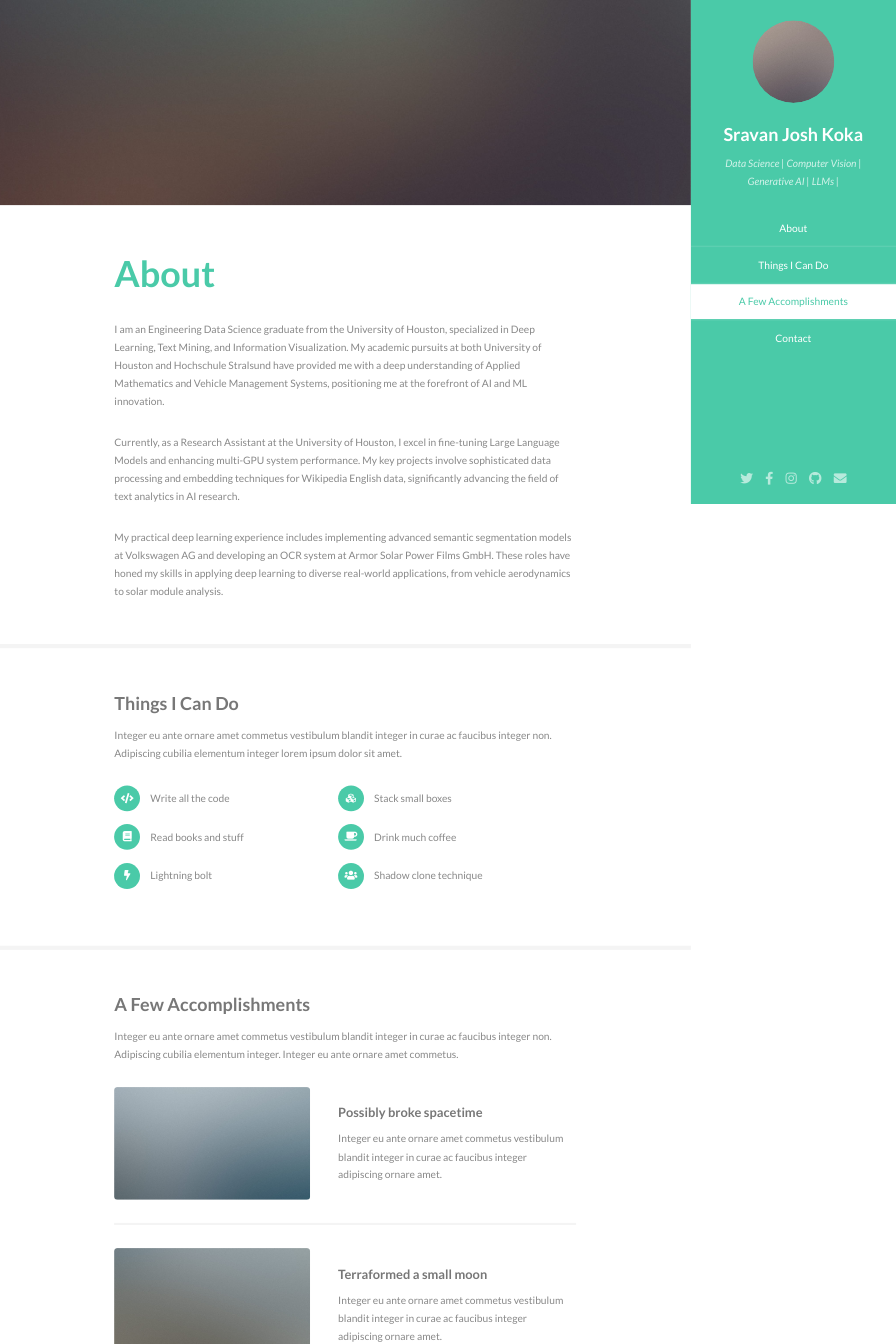
Repository: sravanjosh07/my_portfolio
Page: index.html
The author's editor kept a copy of each file at every save. The page is drawn from the files as they stood at one save, then again after the next save.
The browser window is 1280 px wide. The pictures show the part of the page from y = 0 to 1920 px (the page is 3005 px tall), at 70% of full size.

Above is the page before, as saved 2023-12-26 13:46:50.

### index.html
<!DOCTYPE HTML>
<!--
	Read Only by HTML5 UP
	html5up.net | @ajlkn
	Free for personal and commercial use under the CCA 3.0 license (html5up.net/license)
-->
<html>
	<head>
		<title>Sravan Josh Koka</title>
		<meta charset="utf-8" />
		<meta name="viewport" content="width=device-width, initial-scale=1, user-scalable=no" />
		<link rel="stylesheet" href="assets/css/main.css" />
	</head>
	<body class="is-preload">

		<!-- Header -->
			<section id="header">
				<header>
					<span class="image avatar"><img src="images/avatar.jpg" alt="" /></span>
					<h1 id="logo"><a href="#">Sravan Josh Koka</a></h1>
					<p>Data Science | Computer Vision |<br />
					Generative AI | LLMs | </p>
				</header>
				<nav id="nav">
					<ul>
						<li><a href="#one" class="active">About</a></li>
						<li><a href="#two">Things I Can Do</a></li>
						<li><a href="#three">A Few Accomplishments</a></li>
						<li><a href="#four">Contact</a></li>
					</ul>
				</nav>
				<footer>
					<ul class="icons">
						<li><a href="#" class="icon brands fa-twitter"><span class="label">Twitter</span></a></li>
						<li><a href="#" class="icon brands fa-facebook-f"><span class="label">Facebook</span></a></li>
						<li><a href="#" class="icon brands fa-instagram"><span class="label">Instagram</span></a></li>
						<li><a href="#" class="icon brands fa-github"><span class="label">Github</span></a></li>
						<li><a href="#" class="icon solid fa-envelope"><span class="label">Email</span></a></li>
					</ul>
				</footer>
			</section>

		<!-- Wrapper -->
			<div id="wrapper">

				<!-- Main -->
					<div id="main">

						<!-- One -->
							<section id="one">
								<div class="image main" data-position="center">
									<img src="images/banner.jpg" alt="" />
								</div>
								<div class="container">
									<header class="major">
										<h2>About </h2>
										<!-- <p>Just an incredibly simple responsive site<br />
										template freebie by <a href="http://html5up.net">HTML5 UP</a>.</p> -->
									</header>
									<p>
										I am an Engineering Data Science graduate from the University of Houston, specialized in Deep Learning, Text Mining, and Information Visualization.
										My academic pursuits at both University of Houston and Hochschule Stralsund have provided me with a deep understanding of Applied Mathematics and Vehicle Management Systems, positioning me at the forefront of AI and ML innovation.
									</p>

									<p>
										Currently, as a Research Assistant at the University of Houston, I excel in fine-tuning Large Language Models and enhancing multi-GPU system performance.
										My key projects involve sophisticated data processing and embedding techniques for Wikipedia English data, significantly advancing the field of text analytics in AI research.
									</p>

									<p>
										My practical deep learning experience includes implementing advanced semantic segmentation models at Volkswagen AG and developing an OCR system at Armor Solar Power Films GmbH.
										These roles have honed my skills in applying deep learning to diverse real-world applications, from vehicle aerodynamics to solar module analysis.
									</p>

								</div>
							</section>

						<!-- Two -->
							<section id="two">
								<div class="container">
									<h3>Things I Can Do</h3>
									<p>Integer eu ante ornare amet commetus vestibulum blandit integer in curae ac faucibus integer non. Adipiscing cubilia elementum integer lorem ipsum dolor sit amet.</p>
									<ul class="feature-icons">
										<li class="icon solid fa-code">Write all the code</li>
										<li class="icon solid fa-cubes">Stack small boxes</li>
										<li class="icon solid fa-book">Read books and stuff</li>
										<li class="icon solid fa-coffee">Drink much coffee</li>
										<li class="icon solid fa-bolt">Lightning bolt</li>
										<li class="icon solid fa-users">Shadow clone technique</li>
									</ul>
								</div>
							</section>

						<!-- Three -->
							<section id="three">
								<div class="container">
									<h3>A Few Accomplishments</h3>
									<p>Integer eu ante ornare amet commetus vestibulum blandit integer in curae ac faucibus integer non. Adipiscing cubilia elementum integer. Integer eu ante ornare amet commetus.</p>
									<div class="features">
										<article>
											<a href="#" class="image"><img src="images/pic01.jpg" alt="" /></a>
											<div class="inner">
												<h4>Possibly broke spacetime</h4>
												<p>Integer eu ante ornare amet commetus vestibulum blandit integer in curae ac faucibus integer adipiscing ornare amet.</p>
											</div>
										</article>
										<article>
											<a href="#" class="image"><img src="images/pic02.jpg" alt="" /></a>
											<div class="inner">
												<h4>Terraformed a small moon</h4>
												<p>Integer eu ante ornare amet commetus vestibulum blandit integer in curae ac faucibus integer adipiscing ornare amet.</p>
											</div>
										</article>
										<article>
											<a href="#" class="image"><img src="images/pic03.jpg" alt="" /></a>
											<div class="inner">
												<h4>Snapped dark matter in the wild</h4>
												<p>Integer eu ante ornare amet commetus vestibulum blandit integer in curae ac faucibus integer adipiscing ornare amet.</p>
											</div>
										</article>
									</div>
								</div>
							</section>

						<!-- Four -->
							<section id="four">
								<div class="container">
									<h3>Contact Me</h3>
									<p>Integer eu ante ornare amet commetus vestibulum blandit integer in curae ac faucibus integer non. Adipiscing cubilia elementum integer. Integer eu ante ornare amet commetus.</p>
									<form method="post" action="#">
										<div class="row gtr-uniform">
											<div class="col-6 col-12-xsmall"><input type="text" name="name" id="name" placeholder="Name" /></div>
											<div class="col-6 col-12-xsmall"><input type="email" name="email" id="email" placeholder="Email" /></div>
											<div class="col-12"><input type="text" name="subject" id="subject" placeholder="Subject" /></div>
											<div class="col-12"><textarea name="message" id="message" placeholder="Message" rows="6"></textarea></div>
											<div class="col-12">
												<ul class="actions">
													<li><input type="submit" class="primary" value="Send Message" /></li>
													<li><input type="reset" value="Reset Form" /></li>
												</ul>
											</div>
										</div>
									</form>
								</div>
							</section>

						<!-- Five -->
						<!--
							<section id="five">
								<div class="container">
									<h3>Elements</h3>

									<section>
										<h4>Text</h4>
										<p>This is <b>bold</b> and this is <strong>strong</strong>. This is <i>italic</i> and this is <em>emphasized</em>.
										This is <sup>superscript</sup> text and this is <sub>subscript</sub> text.
										This is <u>underlined</u> and this is code: <code>for (;;) { ... }</code>. Finally, <a href="#">this is a link</a>.</p>
										<hr />
										<header>
											<h4>Heading with a Subtitle</h4>
											<p>Lorem ipsum dolor sit amet nullam id egestas urna aliquam</p>
										</header>
										<p>Nunc lacinia ante nunc ac lobortis. Interdum adipiscing gravida odio porttitor sem non mi integer non faucibus ornare mi ut ante amet placerat aliquet. Volutpat eu sed ante lacinia sapien lorem accumsan varius montes viverra nibh in adipiscing blandit tempus accumsan.</p>
										<header>
											<h5>Heading with a Subtitle</h5>
											<p>Lorem ipsum dolor sit amet nullam id egestas urna aliquam</p>
										</header>
										<p>Nunc lacinia ante nunc ac lobortis. Interdum adipiscing gravida odio porttitor sem non mi integer non faucibus ornare mi ut ante amet placerat aliquet. Volutpat eu sed ante lacinia sapien lorem accumsan varius montes viverra nibh in adipiscing blandit tempus accumsan.</p>
										<hr />
										<h2>Heading Level 2</h2>
										<h3>Heading Level 3</h3>
										<h4>Heading Level 4</h4>
										<h5>Heading Level 5</h5>
										<h6>Heading Level 6</h6>
										<hr />
										<h5>Blockquote</h5>
										<blockquote>Fringilla nisl. Donec accumsan interdum nisi, quis tincidunt felis sagittis eget tempus euismod. Vestibulum ante ipsum primis in faucibus vestibulum. Blandit adipiscing eu felis iaculis volutpat ac adipiscing accumsan faucibus. Vestibulum ante ipsum primis in faucibus lorem ipsum dolor sit amet nullam adipiscing eu felis.</blockquote>
										<h5>Preformatted</h5>
										<pre><code>i = 0;

while (!deck.isInOrder()) {
    print 'Iteration ' + i;
    deck.shuffle();
    i++;
}

print 'It took ' + i + ' iterations to sort the deck.';</code></pre>
									</section>

									<section>
										<h4>Lists</h4>
										<div class="row">
											<div class="col-6 col-12-xsmall">
												<h5>Unordered</h5>
												<ul>
													<li>Dolor pulvinar etiam magna etiam.</li>
													<li>Sagittis adipiscing lorem eleifend.</li>
													<li>Felis enim feugiat dolore viverra.</li>
												</ul>
												<h5>Alternate</h5>
												<ul class="alt">
													<li>Dolor pulvinar etiam magna etiam.</li>
													<li>Sagittis adipiscing lorem eleifend.</li>
													<li>Felis enim feugiat dolore viverra.</li>
												</ul>
											</div>
											<div class="col-6 col-12-xsmall">
												<h5>Ordered</h5>
												<ol>
													<li>Dolor pulvinar etiam magna etiam.</li>
													<li>Etiam vel felis at lorem sed viverra.</li>
													<li>Felis enim feugiat dolore viverra.</li>
													<li>Dolor pulvinar etiam magna etiam.</li>
													<li>Etiam vel felis at lorem sed viverra.</li>
													<li>Felis enim feugiat dolore viverra.</li>
												</ol>
												<h5>Icons</h5>
												<ul class="icons">
													<li><a href="#" class="icon brands fa-twitter"><span class="label">Twitter</span></a></li>
													<li><a href="#" class="icon brands fa-facebook-f"><span class="label">Facebook</span></a></li>
													<li><a href="#" class="icon brands fa-instagram"><span class="label">Instagram</span></a></li>
													<li><a href="#" class="icon brands fa-github"><span class="label">Github</span></a></li>
													<li><a href="#" class="icon brands fa-dribbble"><span class="label">Dribbble</span></a></li>
													<li><a href="#" class="icon brands fa-tumblr"><span class="label">Tumblr</span></a></li>
												</ul>
											</div>
										</div>
										<h5>Actions</h5>
										<ul class="actions">
											<li><a href="#" class="button primary">Default</a></li>
											<li><a href="#" class="button">Default</a></li>
											<li><a href="#" class="button alt">Default</a></li>
										</ul>
										<ul class="actions small">
											<li><a href="#" class="button primary small">Small</a></li>
											<li><a href="#" class="button small">Small</a></li>
											<li><a href="#" class="button alt small">Small</a></li>
										</ul>
										<div class="row">
											<div class="col-3 col-6-medium col-12-xsmall">
												<ul class="actions stacked">
													<li><a href="#" class="button primary">Default</a></li>
													<li><a href="#" class="button">Default</a></li>
													<li><a href="#" class="button alt">Default</a></li>
												</ul>
											</div>
											<div class="col-3 col-6 col-12-xsmall">
												<ul class="actions stacked">
													<li><a href="#" class="button primary small">Small</a></li>
													<li><a href="#" class="button small">Small</a></li>
													<li><a href="#" class="button alt small">Small</a></li>
												</ul>
											</div>
											<div class="col-3 col-6-medium col-12-xsmall">
												<ul class="actions stacked">
													<li><a href="#" class="button primary fit">Default</a></li>
													<li><a href="#" class="button fit">Default</a></li>
													<li><a href="#" class="button alt fit">Default</a></li>
												</ul>
											</div>
											<div class="col-3 col-6-medium col-12-xsmall">
												<ul class="actions stacked">
													<li><a href="#" class="button primary small fit">Small</a></li>
													<li><a href="#" class="button small fit">Small</a></li>
													<li><a href="#" class="button alt small fit">Small</a></li>
												</ul>
											</div>
										</div>
									</section>

									<section>
										<h4>Table</h4>
										<h5>Default</h5>
										<div class="table-wrapper">
											<table>
												<thead>
													<tr>
														<th>Name</th>
														<th>Description</th>
														<th>Price</th>
													</tr>
												</thead>
												<tbody>
													<tr>
														<td>Item One</td>
														<td>Ante turpis integer aliquet porttitor.</td>
														<td>29.99</td>
													</tr>
													<tr>
														<td>Item Two</td>
														<td>Vis ac commodo adipiscing arcu aliquet.</td>
														<td>19.99</td>
													</tr>
													<tr>
														<td>Item Three</td>
														<td> Morbi faucibus arcu accumsan lorem.</td>
														<td>29.99</td>
													</tr>
													<tr>
														<td>Item Four</td>
														<td>Vitae integer tempus condimentum.</td>
														<td>19.99</td>
													</tr>
													<tr>
														<td>Item Five</td>
														<td>Ante turpis integer aliquet porttitor.</td>
														<td>29.99</td>
													</tr>
												</tbody>
												<tfoot>
													<tr>
														<td colspan="2"></td>
														<td>100.00</td>
													</tr>
												</tfoot>
											</table>
										</div>

										<h5>Alternate</h5>
										<div class="table-wrapper">
											<table class="alt">
												<thead>
													<tr>
														<th>Name</th>
														<th>Description</th>
														<th>Price</th>
													</tr>
												</thead>
												<tbody>
													<tr>
														<td>Item One</td>
														<td>Ante turpis integer aliquet porttitor.</td>
														<td>29.99</td>
													</tr>
													<tr>
														<td>Item Two</td>
														<td>Vis ac commodo adipiscing arcu aliquet.</td>
														<td>19.99</td>
													</tr>
													<tr>
														<td>Item Three</td>
														<td> Morbi faucibus arcu accumsan lorem.</td>
														<td>29.99</td>
													</tr>
													<tr>
														<td>Item Four</td>
														<td>Vitae integer tempus condimentum.</td>
														<td>19.99</td>
													</tr>
													<tr>
														<td>Item Five</td>
														<td>Ante turpis integer aliquet porttitor.</td>
														<td>29.99</td>
													</tr>
												</tbody>
												<tfoot>
													<tr>
														<td colspan="2"></td>
														<td>100.00</td>
													</tr>
												</tfoot>
											</table>
										</div>
									</section>

									<section>
										<h4>Buttons</h4>
										<ul class="actions">
											<li><a href="#" class="button primary">Primary</a></li>
											<li><a href="#" class="button">Default</a></li>
											<li><a href="#" class="button alt">Alternate</a></li>
										</ul>
										<ul class="actions">
											<li><a href="#" class="button primary large">Large</a></li>
											<li><a href="#" class="button">Default</a></li>
											<li><a href="#" class="button alt small">Small</a></li>
										</ul>
										<ul class="actions fit">
											<li><a href="#" class="button primary fit">Fit</a></li>
											<li><a href="#" class="button fit">Fit</a></li>
											<li><a href="#" class="button alt fit">Fit</a></li>
										</ul>
										<ul class="actions fit small">
											<li><a href="#" class="button primary fit small">Fit + Small</a></li>
											<li><a href="#" class="button fit small">Fit + Small</a></li>
											<li><a href="#" class="button alt fit small">Fit + Small</a></li>
										</ul>
										<ul class="actions">
											<li><a href="#" class="button primary icon solid fa-download">Icon</a></li>
											<li><a href="#" class="button icon solid fa-download">Icon</a></li>
											<li><a href="#" class="button alt icon solid fa-check">Icon</a></li>
										</ul>
										<ul class="actions">
											<li><span class="button primary disabled">Primary</span></li>
											<li><span class="button disabled">Default</span></li>
											<li><span class="button alt disabled">Alternate</span></li>
										</ul>
									</section>

									<section>
										<h4>Form</h4>
										<form method="post" action="#">
											<div class="row gtr-uniform">
												<div class="col-6 col-12-xsmall">
													<input type="text" name="demo-name" id="demo-name" value="" placeholder="Name" />
												</div>
												<div class="col-6 col-12-xsmall">
													<input type="email" name="demo-email" id="demo-email" value="" placeholder="Email" />
												</div>
												<div class="col-12">
													<select name="demo-category" id="demo-category">
														<option value="">- Category -</option>
														<option value="1">Manufacturing</option>
														<option value="1">Shipping</option>
														<option value="1">Administration</option>
														<option value="1">Human Resources</option>
													</select>
												</div>
												<div class="col-4 col-12-medium">
													<input type="radio" id="demo-priority-low" name="demo-priority" checked>
													<label for="demo-priority-low">Low Priority</label>
												</div>
												<div class="col-4 col-12-medium">
													<input type="radio" id="demo-priority-normal" name="demo-priority">
													<label for="demo-priority-normal">Normal Priority</label>
												</div>
												<div class="col-4 col-12-medium">
													<input type="radio" id="demo-priority-high" name="demo-priority">
													<label for="demo-priority-high">High Priority</label>
												</div>
												<div class="col-6 col-12-medium">
													<input type="checkbox" id="demo-copy" name="demo-copy">
													<label for="demo-copy">Email me a copy of this message</label>
												</div>
												<div class="col-6 col-12-medium">
													<input type="checkbox" id="demo-human" name="demo-human" checked>
													<label for="demo-human">I am a human and not a robot</label>
												</div>
												<div class="col-12">
													<textarea name="demo-message" id="demo-message" placeholder="Enter your message" rows="6"></textarea>
												</div>
												<div class="col-12">
													<ul class="actions">
														<li><input type="submit" value="Send Message" /></li>
														<li><input type="reset" value="Reset" class="alt" /></li>
													</ul>
												</div>
											</div>
										</form>
									</section>

									<section>
										<h4>Image</h4>
										<h5>Fit</h5>
										<span class="image fit"><img src="images/banner.jpg" alt="" /></span>
										<div class="box alt">
											<div class="row gtr-50 gtr-uniform">
												<div class="col-4"><span class="image fit"><img src="images/pic01.jpg" alt="" /></span></div>
												<div class="col-4"><span class="image fit"><img src="images/pic02.jpg" alt="" /></span></div>
												<div class="col-4"><span class="image fit"><img src="images/pic03.jpg" alt="" /></span></div>
												<div class="col-4"><span class="image fit"><img src="images/pic02.jpg" alt="" /></span></div>
												<div class="col-4"><span class="image fit"><img src="images/pic03.jpg" alt="" /></span></div>
												<div class="col-4"><span class="image fit"><img src="images/pic01.jpg" alt="" /></span></div>
												<div class="col-4"><span class="image fit"><img src="images/pic03.jpg" alt="" /></span></div>
												<div class="col-4"><span class="image fit"><img src="images/pic01.jpg" alt="" /></span></div>
												<div class="col-4"><span class="image fit"><img src="images/pic02.jpg" alt="" /></span></div>
											</div>
										</div>
										<h5>Left &amp; Right</h5>
										<p><span class="image left"><img src="images/avatar.jpg" alt="" /></span>Fringilla nisl. Donec accumsan interdum nisi, quis tincidunt felis sagittis eget. tempus euismod. Vestibulum ante ipsum primis in faucibus vestibulum. Blandit adipiscing eu felis iaculis volutpat ac adipiscing accumsan eu faucibus. Integer ac pellentesque praesent tincidunt felis sagittis eget. tempus euismod. Vestibulum ante ipsum primis in faucibus vestibulum. Blandit adipiscing eu felis iaculis volutpat ac adipiscing accumsan eu faucibus. Integer ac pellentesque praesent. Donec accumsan interdum nisi, quis tincidunt felis sagittis eget. tempus euismod. Vestibulum ante ipsum primis in faucibus vestibulum. Blandit adipiscing eu felis iaculis volutpat ac adipiscing accumsan eu faucibus. Integer ac pellentesque praesent tincidunt felis sagittis eget. tempus euismod. Vestibulum ante ipsum primis in faucibus vestibulum. Blandit adipiscing eu felis iaculis volutpat ac adipiscing accumsan eu faucibus. Integer ac pellentesque praesent.</p>
										<p><span class="image right"><img src="images/avatar.jpg" alt="" /></span>Fringilla nisl. Donec accumsan interdum nisi, quis tincidunt felis sagittis eget. tempus euismod. Vestibulum ante ipsum primis in faucibus vestibulum. Blandit adipiscing eu felis iaculis volutpat ac adipiscing accumsan eu faucibus. Integer ac pellentesque praesent tincidunt felis sagittis eget. tempus euismod. Vestibulum ante ipsum primis in faucibus vestibulum. Blandit adipiscing eu felis iaculis volutpat ac adipiscing accumsan eu faucibus. Integer ac pellentesque praesent. Donec accumsan interdum nisi, quis tincidunt felis sagittis eget. tempus euismod. Vestibulum ante ipsum primis in faucibus vestibulum. Blandit adipiscing eu felis iaculis volutpat ac adipiscing accumsan eu faucibus. Integer ac pellentesque praesent tincidunt felis sagittis eget. tempus euismod. Vestibulum ante ipsum primis in faucibus vestibulum. Blandit adipiscing eu felis iaculis volutpat ac adipiscing accumsan eu faucibus. Integer ac pellentesque praesent.</p>
									</section>

								</div>
							</section>
						-->

					</div>

				<!-- Footer -->
					<section id="footer">
						<div class="container">
							<ul class="copyright">
								<li>&copy; Untitled. All rights reserved.</li><li>Design: <a href="http://html5up.net">HTML5 UP</a></li>
							</ul>
						</div>
					</section>

			</div>

		<!-- Scripts -->
			<script src="assets/js/jquery.min.js"></script>
			<script src="assets/js/jquery.scrollex.min.js"></script>
			<script src="assets/js/jquery.scrolly.min.js"></script>
			<script src="assets/js/browser.min.js"></script>
			<script src="assets/js/breakpoints.min.js"></script>
			<script src="assets/js/util.js"></script>
			<script src="assets/js/main.js"></script>

	</body>
</html>

Loaded but not shown: assets/js/jquery.min.js (library); assets/js/jquery.scrollex.min.js (common file); assets/js/jquery.scrolly.min.js (common file); assets/js/browser.min.js (common file); assets/js/breakpoints.min.js (common file); assets/css/fontawesome-all.min.css (library); assets/js/util.js (587 lines, source omitted); assets/js/main.js (159 lines, source omitted); assets/css/main.css (3316 lines, source omitted)

After the next save:
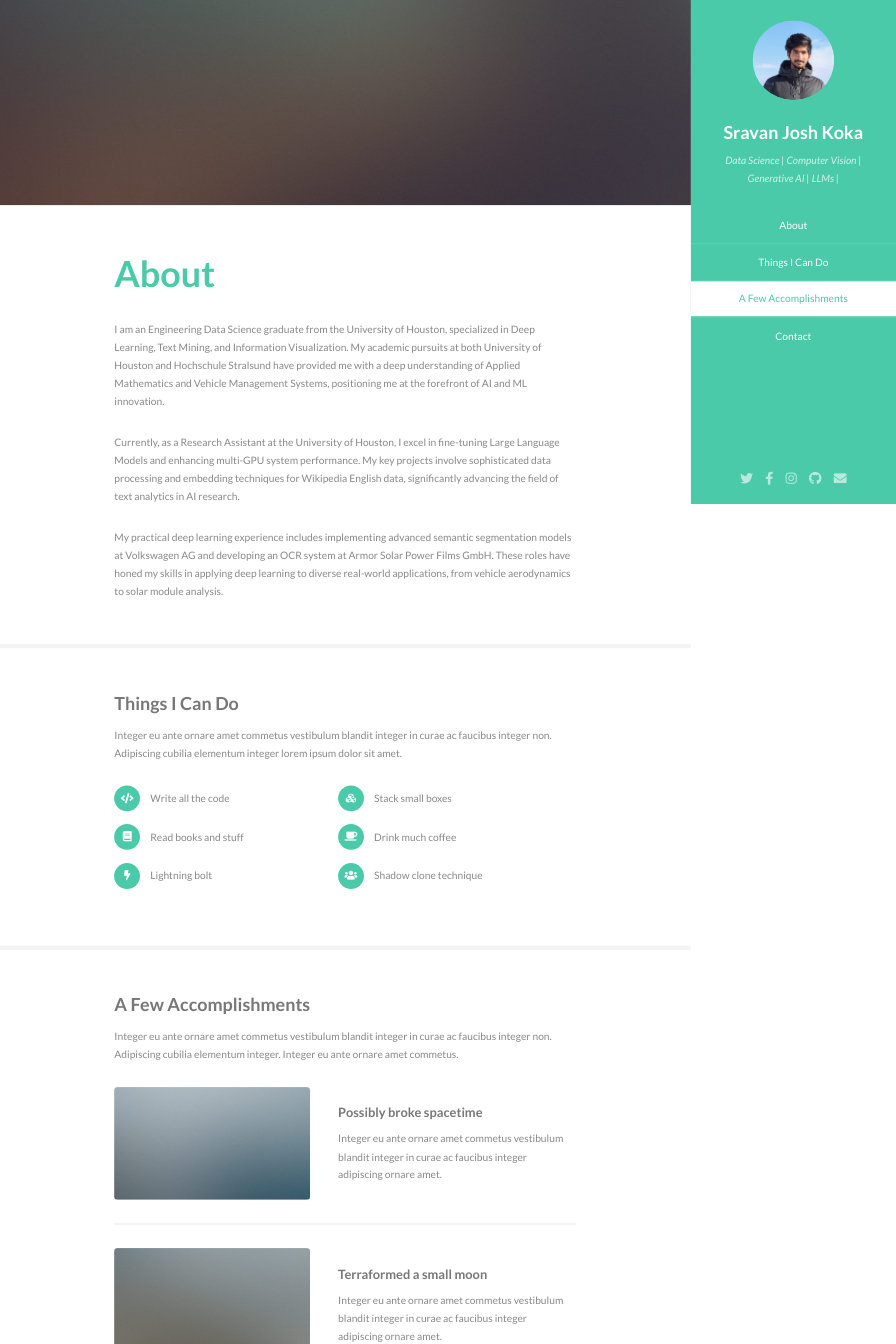
Saved 6 min 48 s later.
--- a/index.html
+++ b/index.html
@@ -16,7 +16,7 @@
 		<!-- Header -->
 			<section id="header">
 				<header>
-					<span class="image avatar"><img src="images/avatar.jpg" alt="" /></span>
+					<span class="image avatar"><img src="images/profile_pic.jpeg" alt="" /></span>
 					<h1 id="logo"><a href="#">Sravan Josh Koka</a></h1>
 					<p>Data Science | Computer Vision |<br />
 					Generative AI | LLMs | </p>
